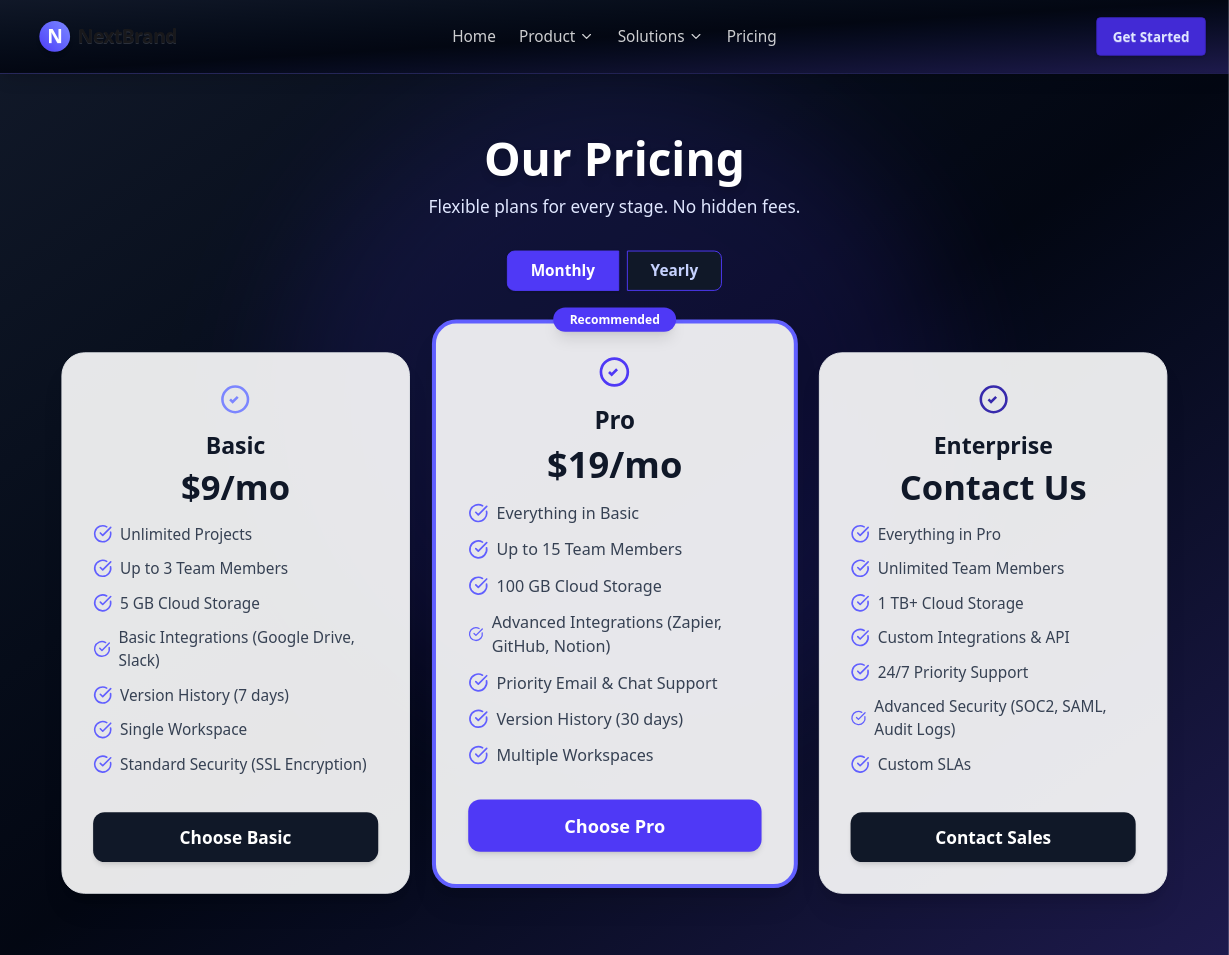
Repository: Chiranshukapil/Next_Brand
Page: /pricing
The author's editor kept a copy of each file at every save. The page is drawn from the files as they stood at one save, then again after the next save.
The browser window is 1280 px wide. The pictures show the whole page, at 96% of full size.
The project was rebuilt for these pictures with package versions that can differ from the ones it lists, and the page was loaded fresh each time. Also part of the build but not shown: vite.config.js.

Above is the page before, as saved 2025-06-18 12:42:27.

### index.html
<!doctype html>
<html lang="en">
  <head>
    <meta charset="UTF-8" />
    <link rel="stylesheet" href="src/index.css">
    <meta name="viewport" content="width=device-width, initial-scale=1.0" />
    <title>NavBar</title>
  </head>
  <body classname="scroll-smooth">
    <div id="root"></div>
    <script type="module" src="/src/main.jsx"></script>
  </body>
</html>

### src/App.jsx
import { useState } from 'react'
import { BrowserRouter as Router, Routes, Route } from 'react-router-dom'
import Navbar from './Components/NavBar.jsx'
import PricingSection from './Components/PricingSection.jsx'

function App() {
  return (
    <Router>
      <Navbar />
      <Routes>

        <Route path="/pricing" element={<PricingSection />} />

      </Routes>
    </Router>
  )
}

export default App

### src/Components/NavBar.jsx
import React, { useState } from "react";
import { Link } from "react-router-dom";
import { Menu, X, ChevronDown } from "lucide-react";

// Use route paths in navLinks
const navLinks = [
  { name: "Home", href: "/" },
  {
    name: "Product",
    href: "/product",
    dropdown: [
      { name: "Overview", href: "/product/overview" },
      { name: "Features", href: "/product/features" },
    ],
  },
  {
    name: "Solutions",
    href: "/solutions",
    dropdown: [
      { name: "For Teams", href: "/solutions/teams" },
      { name: "For Individuals", href: "/solutions/individuals" },
    ],
  },
  { name: "Pricing", href: "/pricing" },
];

export default function Navbar() {
  const [menuOpen, setMenuOpen] = useState(false);
  const [dropdownOpen, setDropdownOpen] = useState(null);

  return (
    <nav className="sticky top-0 z-50 bg-gradient-to-br from-gray-900 via-gray-950 to-indigo-950 backdrop-blur-md bg-opacity-80 border-b border-indigo-800/30 shadow-lg flex justify-between items-center md:px-6 py-3">

      <div className="navbar-start">
        <Link
          to="/"
          className="btn btn-ghost text-xl font-bold tracking-tight flex items-center gap-2 hover:text-indigo-500 transition-colors"
        >
          <span className="w-8 h-8 bg-gradient-to-tr from-indigo-600 to-indigo-400 rounded-full text-white flex items-center justify-center font-bold shadow-md">
            N
          </span>
          <span>NextBrand</span>
        </Link>
      </div>

      {/* Desktop Menu */}
      <div className="navbar-center hidden md:flex">
        <ul className="menu menu-horizontal px-1">
          {navLinks.map((link, index) => (
            <li
              key={link.name}
              onMouseEnter={() => setDropdownOpen(index)}
              onMouseLeave={() => setDropdownOpen(null)}
              className="relative"
            >
              {link.dropdown ? (
                <>
                  <Link
                    to={link.href}
                    className="text-base font-medium flex items-center gap-1 cursor-pointer text-white/80 hover:text-indigo-500 transition-colors"
                    aria-haspopup="true"
                    aria-expanded={dropdownOpen === index}
                    onClick={() => setDropdownOpen(null)}
                  >
                    {link.name}
                    <ChevronDown className="h-4 w-4" />
                  </Link>
                  {dropdownOpen === index && (
                    <ul className="absolute top-full left-0 mt-1 bg-gray-200 shadow-lg rounded-box p-2 w-48 z-50 animate-fade-in">
                      {link.dropdown.map((item) => (
                        <li key={item.name}>
                          <Link
                            to={item.href}
                            className="block px-3 py-1 rounded hover:bg-indigo-50 text-gray-800 transition"
                            onClick={() => setDropdownOpen(null)}
                          >
                            {item.name}
                          </Link>
                        </li>
                      ))}
                    </ul>
                  )}
                </>
              ) : (
                <Link
                  to={link.href}
                  className="text-base font-medium text-white/80 hover:text-indigo-500 transition"
                  onClick={() => setDropdownOpen(null)}
                >
                  {link.name}
                </Link>
              )}
            </li>
          ))}
        </ul>
      </div>

      <div className="navbar-end flex items-center">
        <Link
          to="/get-started"
          className="btn btn-primary font-semibold shadow hidden md:inline-flex"
        >
          Get Started
        </Link>
        <button
          aria-label="Toggle menu"
          className="btn btn-ghost md:hidden ml-2"
          onClick={() => setMenuOpen((v) => !v)}
        >
          {menuOpen ? (
            <X className="h-6 w-6 text-indigo-600" />
          ) : (
            <Menu className="h-6 w-6 text-indigo-600" />
          )}
        </button>

        <div
          className={`absolute top-full right-2 left-2 z-40 md:hidden overflow-hidden transition-all duration-300 ease-in-out bg-white rounded-box shadow-lg ${
            menuOpen ? "max-h-96" : "max-h-0"
          }`}
        >
          <ul tabIndex={0} className="menu menu-sm p-2 w-full">
            {navLinks.map((link) => (
              <li key={link.name}>
                {link.dropdown ? (
                  <details>
                    <summary className="text-base cursor-pointer flex items-center justify-between text-gray-800">
                      <Link
                        to={link.href}
                        className="flex items-center gap-1"
                        onClick={() => setMenuOpen(false)}
                      >
                        {link.name}
                      </Link>
                    </summary>
                    <ul className="p-2">
                      {link.dropdown.map((item) => (
                        <li key={item.name}>
                          <Link
                            to={item.href}
                            className="text-base text-gray-800"
                            onClick={() => setMenuOpen(false)}
                          >
                            {item.name}
                          </Link>
                        </li>
                      ))}
                    </ul>
                  </details>
                ) : (
                  <Link
                    to={link.href}
                    className="text-base text-gray-800"
                    onClick={() => setMenuOpen(false)}
                  >
                    {link.name}
                  </Link>
                )}
              </li>
            ))}
            <li className="mt-2">
              <Link
                to="/get-started"
                className="btn btn-primary w-full"
                onClick={() => setMenuOpen(false)}
              >
                Get Started
              </Link>
            </li>
          </ul>
        </div>
      </div>
    </nav>
  );
}

### src/Components/PricingSection.jsx
import { CheckCircle } from "lucide-react";
import { useState } from "react";

const plans = [
  {
    name: "Basic",
    icon: (
      <svg className="w-7 h-7 md:w-8 md:h-8 text-indigo-400" fill="none" stroke="currentColor" strokeWidth="2" viewBox="0 0 24 24">
        <circle cx="12" cy="12" r="10"/><path d="M8 12l2 2 4-4"/>
      </svg>
    ),
    monthly: 9,
    yearly: 90,
    features: [
      "Unlimited Projects",
      "Up to 3 Team Members",
      "5 GB Cloud Storage",
      "Basic Integrations (Google Drive, Slack)",
      "Version History (7 days)",
      "Single Workspace",
      "Standard Security (SSL Encryption)"
    ],
    recommended: false,
  },
  {
    name: "Pro",
    icon: (
      <svg className="w-7 h-7 md:w-8 md:h-8 text-indigo-600" fill="none" stroke="currentColor" strokeWidth="2" viewBox="0 0 24 24">
        <circle cx="12" cy="12" r="10"/><path d="M8 12l2 2 4-4"/>
      </svg>
    ),
    monthly: 19,
    yearly: 190,
    features: [
      "Everything in Basic",
      "Up to 15 Team Members",
      "100 GB Cloud Storage",
      "Advanced Integrations (Zapier, GitHub, Notion)",
      "Priority Email & Chat Support",
      "Version History (30 days)",
      "Multiple Workspaces"
    ],
    recommended: true,
  },
  {
    name: "Enterprise",
    icon: (
      <svg className="w-7 h-7 md:w-8 md:h-8 text-indigo-800" fill="none" stroke="currentColor" strokeWidth="2" viewBox="0 0 24 24">
        <circle cx="12" cy="12" r="10"/><path d="M8 12l2 2 4-4"/>
      </svg>
    ),
    monthly: null,
    yearly: null,
    features: [
      "Everything in Pro",
      "Unlimited Team Members",
      "1 TB+ Cloud Storage",
      "Custom Integrations & API",
      "24/7 Priority Support",
      "Advanced Security (SOC2, SAML, Audit Logs)",
      "Custom SLAs"
    ],
    recommended: false,
    contact: true,
  },
];

export default function PricingSection() {
  const [billing, setBilling] = useState("monthly");

  const displayPrice = (plan) => {
    if (plan.contact) return "Contact Us";
    if (billing === "yearly") return `$${plan.yearly}/yr`;
    return `$${plan.monthly}/mo`;
  };

  return (
    <section className="relative py-10 px-2 md:py-16 md:px-0 bg-gradient-to-br from-gray-900 via-gray-950 to-indigo-950 min-h-[100vh]">

      <div className="absolute top-0 left-1/2 -translate-x-1/2 w-[500px] h-[500px] md:w-[700px] md:h-[700px] rounded-full bg-indigo-800 opacity-20 blur-3xl pointer-events-none"></div>

      <div className="relative z-10 max-w-6xl mx-auto">
        <h2 className="text-3xl md:text-5xl font-extrabold text-center mb-3 text-white drop-shadow-lg">
          Our Pricing
        </h2>
        <p className="text-center text-indigo-100 mb-6 md:mb-8 text-base md:text-lg">
          Flexible plans for every stage. No hidden fees.
        </p>

        <div className="flex justify-center mb-6 md:mb-16 gap-2">
          <button
            className={`px-4 py-2 md:px-6 md:py-2 rounded-l-lg font-semibold transition-colors duration-200 hover:cursor-pointer border border-indigo-600 focus:outline-none text-sm md:text-base ${
              billing === "monthly"
                ? "bg-indigo-600 text-white shadow"
                : "bg-gray-900 text-indigo-200 hover:bg-indigo-700/20"
            }`}
            onClick={() => setBilling("monthly")}
          >
            Monthly
          </button>
          <button
            className={`px-4 py-2 md:px-6 md:py-2 rounded-r-lg font-semibold transition-colors duration-200 hover:cursor-pointer border border-indigo-600 focus:outline-none text-sm md:text-base ${
              billing === "yearly"
                ? "bg-indigo-600 text-white shadow"
                : "bg-gray-900 text-indigo-200 hover:bg-indigo-700/20"
            }`}
            onClick={() => setBilling("yearly")}
          >
            Yearly
          </button>
        </div>
        <div className="grid grid-cols-1 md:grid-cols-3 gap-6 md:gap-8 items-stretch">
          {plans.map((plan, idx) => (
            <div
              key={plan.name}
              className={`relative flex flex-col p-4 md:p-8 rounded-3xl border transition-transform duration-200 bg-white/90 shadow-xl hover:scale-[1.03] w-full max-w-md mx-auto ${
                plan.recommended
                  ? "border-4 border-indigo-500 bg-indigo-50 z-20 md:scale-105 shadow-2xl"
                  : "border-gray-200"
              }`}
              style={plan.recommended && window.innerWidth >= 768 ? { top: '-20px' } : {}}
            >
              {plan.recommended && (
                <span className="absolute -top-4 left-1/2 -translate-x-1/2 bg-indigo-600 text-white text-xs px-4 py-1 rounded-full font-semibold shadow-lg z-30">
                  Recommended
                </span>
              )}
              <div className="flex justify-center mb-3 md:mb-4">{plan.icon}</div>
              <h3 className="text-xl md:text-2xl font-bold mb-1 md:mb-2 text-gray-900 text-center">{plan.name}</h3>
              <div className="text-3xl md:text-4xl font-extrabold mb-3 md:mb-4 text-center text-gray-900">{displayPrice(plan)}</div>
              <ul className="flex-1 mb-6 md:mb-8 space-y-2 md:space-y-3 text-gray-700 text-sm md:text-base">
                {plan.features.map((f) => (
                  <li key={f} className="flex items-center gap-2">
                    <CheckCircle className="w-5 h-5 text-indigo-500" />
                    <span>{f}</span>
                  </li>
                ))}
              </ul>
              <button
                className={`py-2 px-4 md:py-3 md:px-6 rounded-xl font-semibold text-base md:text-lg transition-all hover:cursor-pointer duration-200 shadow-md focus:outline-none ${
                  plan.recommended
                    ? "bg-indigo-600 text-white hover:bg-indigo-700"
                    : "bg-gray-900 text-white hover:bg-indigo-600"
                }`}
              >
                {plan.contact ? "Contact Sales" : `Choose ${plan.name}`}
              </button>
            </div>
          ))}
        </div>
      </div>
    </section>
  );
}

Loaded but not shown: src/index.css (common file); src/main.jsx (common file)

After the next save:
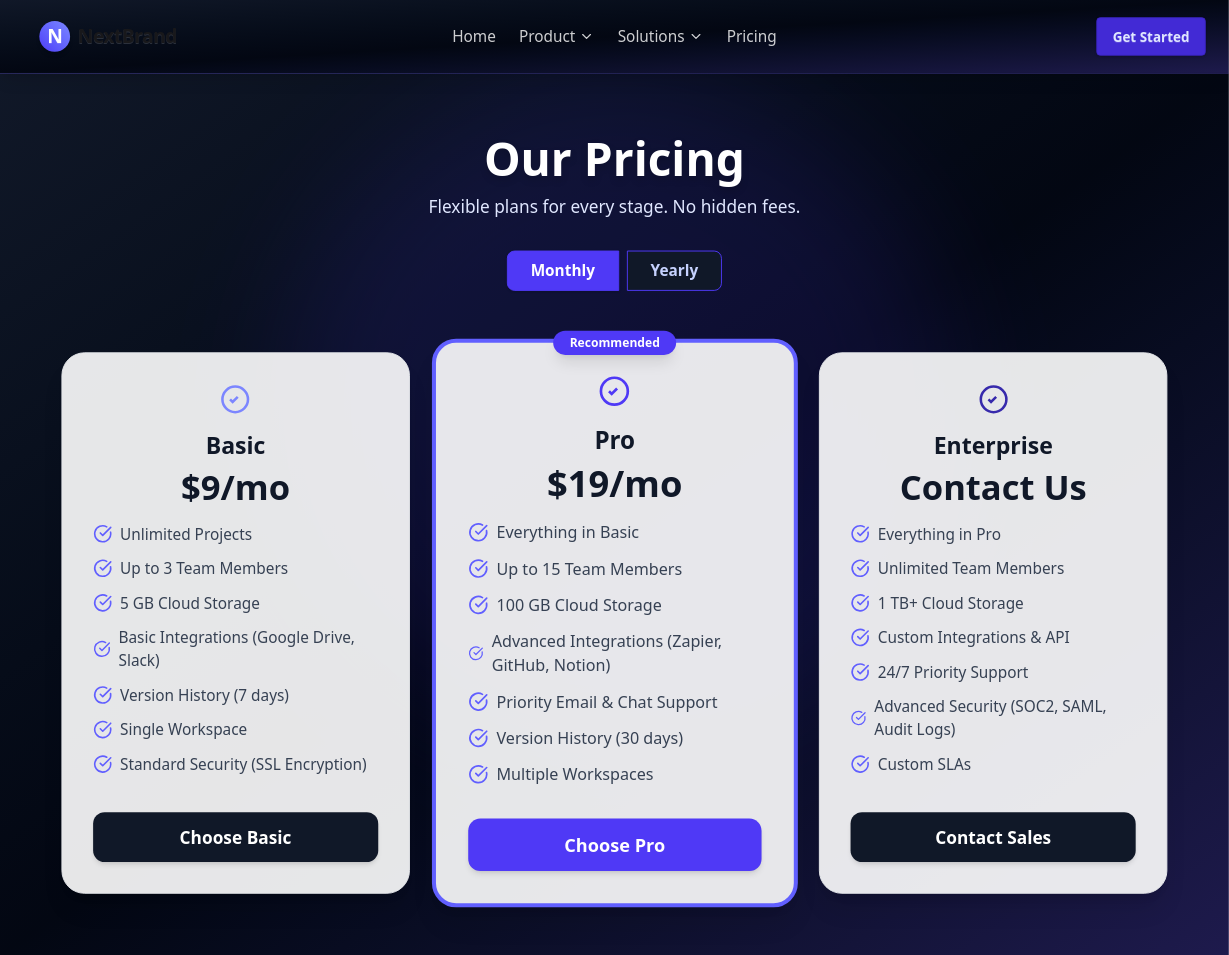
Saved 8 s later.
--- a/src/Components/PricingSection.jsx
+++ b/src/Components/PricingSection.jsx
@@ -5,7 +5,7 @@ const plans = [
   {
     name: "Basic",
     icon: (
-      <svg className="w-7 h-7 md:w-8 md:h-8 text-indigo-400" fill="none" stroke="currentColor" strokeWidth="2" viewBox="0 0 24 24">
+      <svg className="w-6 h-6 sm:w-7 sm:h-7 md:w-8 md:h-8 text-indigo-400" fill="none" stroke="currentColor" strokeWidth="2" viewBox="0 0 24 24">
         <circle cx="12" cy="12" r="10"/><path d="M8 12l2 2 4-4"/>
       </svg>
     ),
@@ -25,7 +25,7 @@ const plans = [
   {
     name: "Pro",
     icon: (
-      <svg className="w-7 h-7 md:w-8 md:h-8 text-indigo-600" fill="none" stroke="currentColor" strokeWidth="2" viewBox="0 0 24 24">
+      <svg className="w-6 h-6 sm:w-7 sm:h-7 md:w-8 md:h-8 text-indigo-600" fill="none" stroke="currentColor" strokeWidth="2" viewBox="0 0 24 24">
         <circle cx="12" cy="12" r="10"/><path d="M8 12l2 2 4-4"/>
       </svg>
     ),
@@ -45,7 +45,7 @@ const plans = [
   {
     name: "Enterprise",
     icon: (
-      <svg className="w-7 h-7 md:w-8 md:h-8 text-indigo-800" fill="none" stroke="currentColor" strokeWidth="2" viewBox="0 0 24 24">
+      <svg className="w-6 h-6 sm:w-7 sm:h-7 md:w-8 md:h-8 text-indigo-800" fill="none" stroke="currentColor" strokeWidth="2" viewBox="0 0 24 24">
         <circle cx="12" cy="12" r="10"/><path d="M8 12l2 2 4-4"/>
       </svg>
     ),
@@ -75,21 +75,20 @@ export default function PricingSection() {
   };
 
   return (
-    <section className="relative py-10 px-2 md:py-16 md:px-0 bg-gradient-to-br from-gray-900 via-gray-950 to-indigo-950 min-h-[100vh]">
-
-      <div className="absolute top-0 left-1/2 -translate-x-1/2 w-[500px] h-[500px] md:w-[700px] md:h-[700px] rounded-full bg-indigo-800 opacity-20 blur-3xl pointer-events-none"></div>
-
+    <section className="relative py-8 px-3 sm:px-2 md:py-16 md:px-6 bg-gradient-to-br from-gray-900 via-gray-950 to-indigo-950 min-h-[100vh]">
+      {/* Decorative background shapes */}
+      <div className="absolute top-0 left-1/2 -translate-x-1/2 w-[300px] h-[300px] sm:w-[500px] sm:h-[500px] md:w-[700px] md:h-[700px] rounded-full bg-indigo-800 opacity-20 blur-3xl pointer-events-none"></div>
       <div className="relative z-10 max-w-6xl mx-auto">
-        <h2 className="text-3xl md:text-5xl font-extrabold text-center mb-3 text-white drop-shadow-lg">
+        <h2 className="text-2xl sm:text-3xl md:text-5xl font-extrabold text-center mb-2 sm:mb-3 text-white drop-shadow-lg">
           Our Pricing
         </h2>
-        <p className="text-center text-indigo-100 mb-6 md:mb-8 text-base md:text-lg">
+        <p className="text-center text-indigo-100 mb-4 sm:mb-6 md:mb-8 text-sm sm:text-base md:text-lg">
           Flexible plans for every stage. No hidden fees.
         </p>
-
-        <div className="flex justify-center mb-6 md:mb-16 gap-2">
+        {/* Billing toggle */}
+        <div className="flex justify-center mb-4 sm:mb-6 md:mb-16 gap-2">
           <button
-            className={`px-4 py-2 md:px-6 md:py-2 rounded-l-lg font-semibold transition-colors duration-200 hover:cursor-pointer border border-indigo-600 focus:outline-none text-sm md:text-base ${
+            className={`px-3 py-1.5 sm:px-4 sm:py-2 md:px-6 md:py-2 rounded-l-lg font-semibold transition-colors duration-200 hover:cursor-pointer border border-indigo-600 focus:outline-none text-xs sm:text-sm md:text-base ${
               billing === "monthly"
                 ? "bg-indigo-600 text-white shadow"
                 : "bg-gray-900 text-indigo-200 hover:bg-indigo-700/20"
@@ -99,7 +98,7 @@ export default function PricingSection() {
             Monthly
           </button>
           <button
-            className={`px-4 py-2 md:px-6 md:py-2 rounded-r-lg font-semibold transition-colors duration-200 hover:cursor-pointer border border-indigo-600 focus:outline-none text-sm md:text-base ${
+            className={`px-3 py-1.5 sm:px-4 sm:py-2 md:px-6 md:py-2 rounded-r-lg font-semibold transition-colors duration-200 hover:cursor-pointer border border-indigo-600 focus:outline-none text-xs sm:text-sm md:text-base ${
               billing === "yearly"
                 ? "bg-indigo-600 text-white shadow"
                 : "bg-gray-900 text-indigo-200 hover:bg-indigo-700/20"
@@ -109,35 +108,34 @@ export default function PricingSection() {
             Yearly
           </button>
         </div>
-        <div className="grid grid-cols-1 md:grid-cols-3 gap-6 md:gap-8 items-stretch">
-          {plans.map((plan, idx) => (
+        <div className="grid grid-cols-1 md:grid-cols-3 gap-4 sm:gap-6 md:gap-8 items-stretch">
+          {plans.map((plan) => (
             <div
               key={plan.name}
-              className={`relative flex flex-col p-4 md:p-8 rounded-3xl border transition-transform duration-200 bg-white/90 shadow-xl hover:scale-[1.03] w-full max-w-md mx-auto ${
+              className={`relative flex flex-col p-4 sm:p-4 md:p-8 rounded-2xl md:rounded-3xl border transition-transform duration-200 bg-white/90 shadow-xl hover:scale-[1.03] w-full max-w-xs sm:max-w-md mx-auto h-full ${
                 plan.recommended
                   ? "border-4 border-indigo-500 bg-indigo-50 z-20 md:scale-105 shadow-2xl"
                   : "border-gray-200"
               }`}
-              style={plan.recommended && window.innerWidth >= 768 ? { top: '-20px' } : {}}
             >
               {plan.recommended && (
-                <span className="absolute -top-4 left-1/2 -translate-x-1/2 bg-indigo-600 text-white text-xs px-4 py-1 rounded-full font-semibold shadow-lg z-30">
+                <span className="absolute -top-3 sm:-top-3 left-1/2 -translate-x-1/2 bg-indigo-600 text-white text-[10px] sm:text-xs px-3 sm:px-4 py-1 rounded-full font-semibold shadow-lg z-30">
                   Recommended
                 </span>
               )}
-              <div className="flex justify-center mb-3 md:mb-4">{plan.icon}</div>
-              <h3 className="text-xl md:text-2xl font-bold mb-1 md:mb-2 text-gray-900 text-center">{plan.name}</h3>
-              <div className="text-3xl md:text-4xl font-extrabold mb-3 md:mb-4 text-center text-gray-900">{displayPrice(plan)}</div>
-              <ul className="flex-1 mb-6 md:mb-8 space-y-2 md:space-y-3 text-gray-700 text-sm md:text-base">
+              <div className="flex justify-center mb-2 sm:mb-3 md:mb-4">{plan.icon}</div>
+              <h3 className="text-lg sm:text-xl md:text-2xl font-bold mb-1 sm:mb-2 text-gray-900 text-center">{plan.name}</h3>
+              <div className="text-2xl sm:text-3xl md:text-4xl font-extrabold mb-2 sm:mb-3 md:mb-4 text-center text-gray-900">{displayPrice(plan)}</div>
+              <ul className="flex-1 mb-4 sm:mb-6 md:mb-8 space-y-1 sm:space-y-2 md:space-y-3 text-gray-700 text-xs sm:text-sm md:text-base">
                 {plan.features.map((f) => (
-                  <li key={f} className="flex items-center gap-2">
-                    <CheckCircle className="w-5 h-5 text-indigo-500" />
+                  <li key={f} className="flex items-center gap-1 sm:gap-2">
+                    <CheckCircle className="w-4 h-4 sm:w-5 sm:h-5 text-indigo-500" />
                     <span>{f}</span>
                   </li>
                 ))}
               </ul>
               <button
-                className={`py-2 px-4 md:py-3 md:px-6 rounded-xl font-semibold text-base md:text-lg transition-all hover:cursor-pointer duration-200 shadow-md focus:outline-none ${
+                className={`py-1.5 px-3 sm:py-2 sm:px-4 md:py-3 md:px-6 rounded-lg md:rounded-xl font-semibold text-sm sm:text-base md:text-lg transition-all hover:cursor-pointer duration-200 shadow-md focus:outline-none ${
                   plan.recommended
                     ? "bg-indigo-600 text-white hover:bg-indigo-700"
                     : "bg-gray-900 text-white hover:bg-indigo-600"
